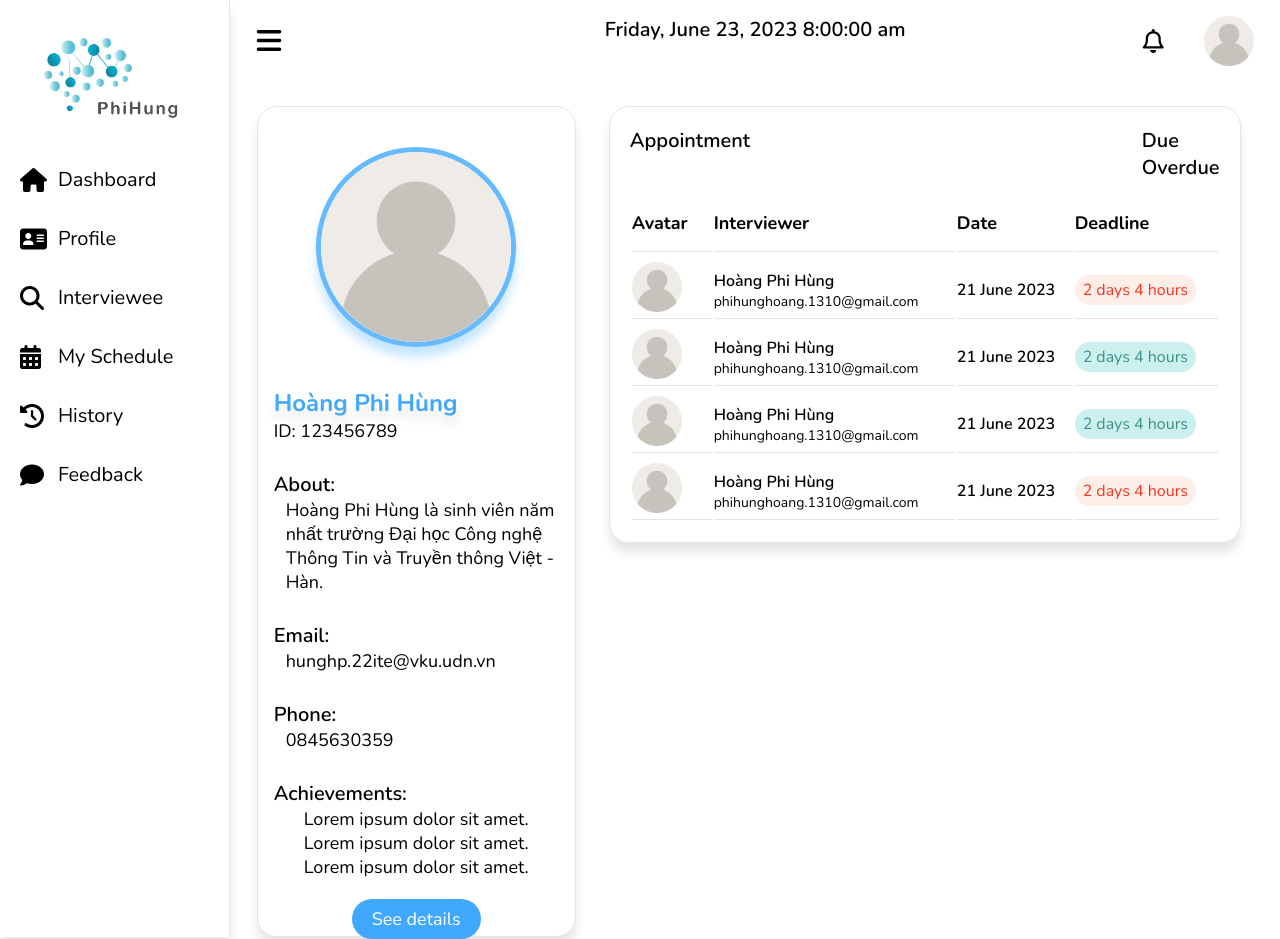
Repository: hphihungit/InterviewService
Page: interviewee.html
The author's editor kept a copy of each file at every save. The page is drawn from the files as they stood at one save, then again after the next save.
The browser window is 1280 px wide. The pictures show the whole page.

Above is the page before, as saved 2023-06-01 01:12:48.

After the next save:
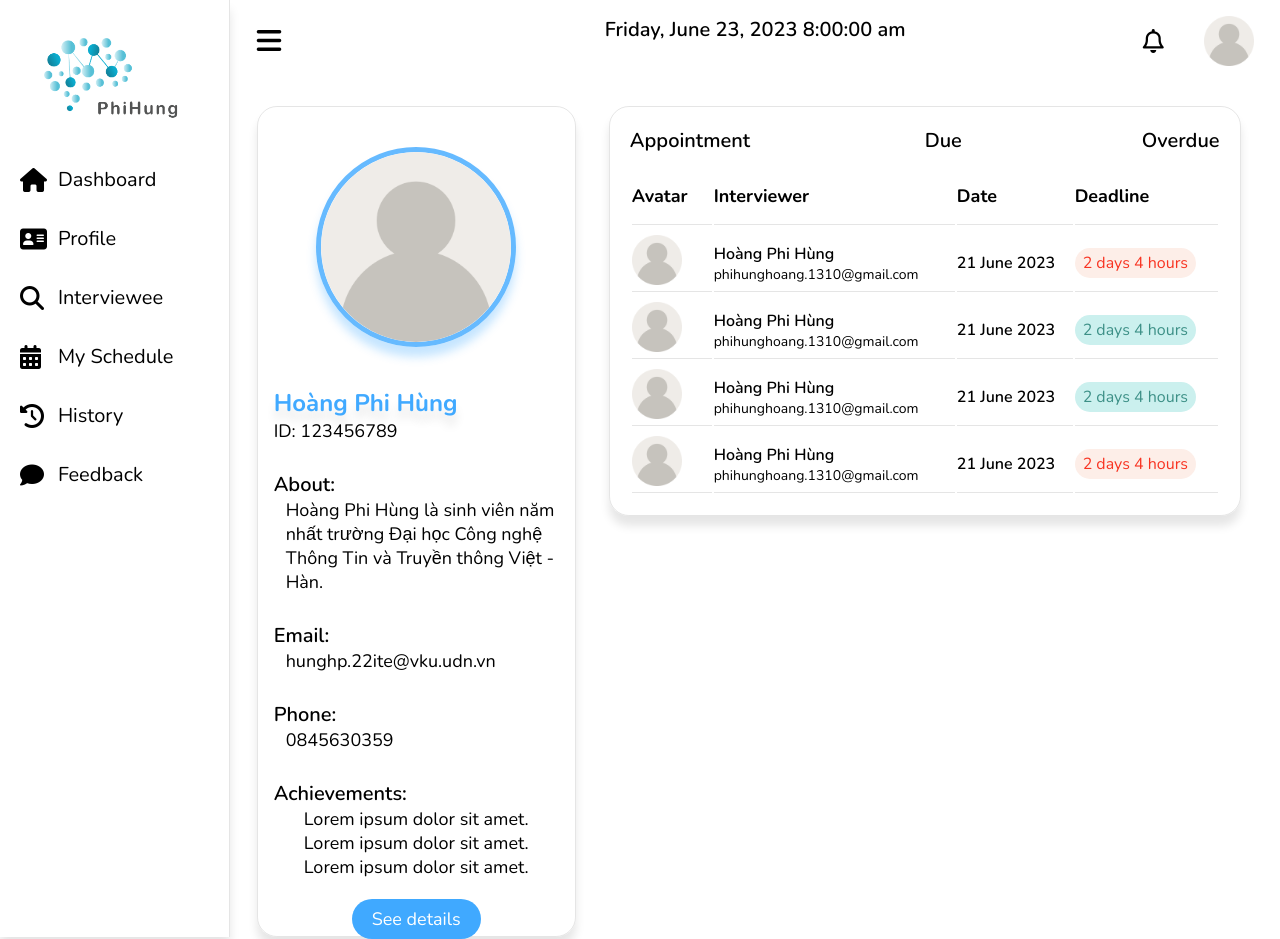
Saved 29 s later.
--- a/assets/css/interviewee.css
+++ b/assets/css/interviewee.css
@@ -217,6 +217,16 @@
     justify-content: space-between;
 }
 
+.title {
+    width: 50%;
+}
+
+.note {
+    width: 50%;
+    display: flex;
+    justify-content: space-between;
+}
+
 table {
     width: 100%;
     margin-top: 28px;
